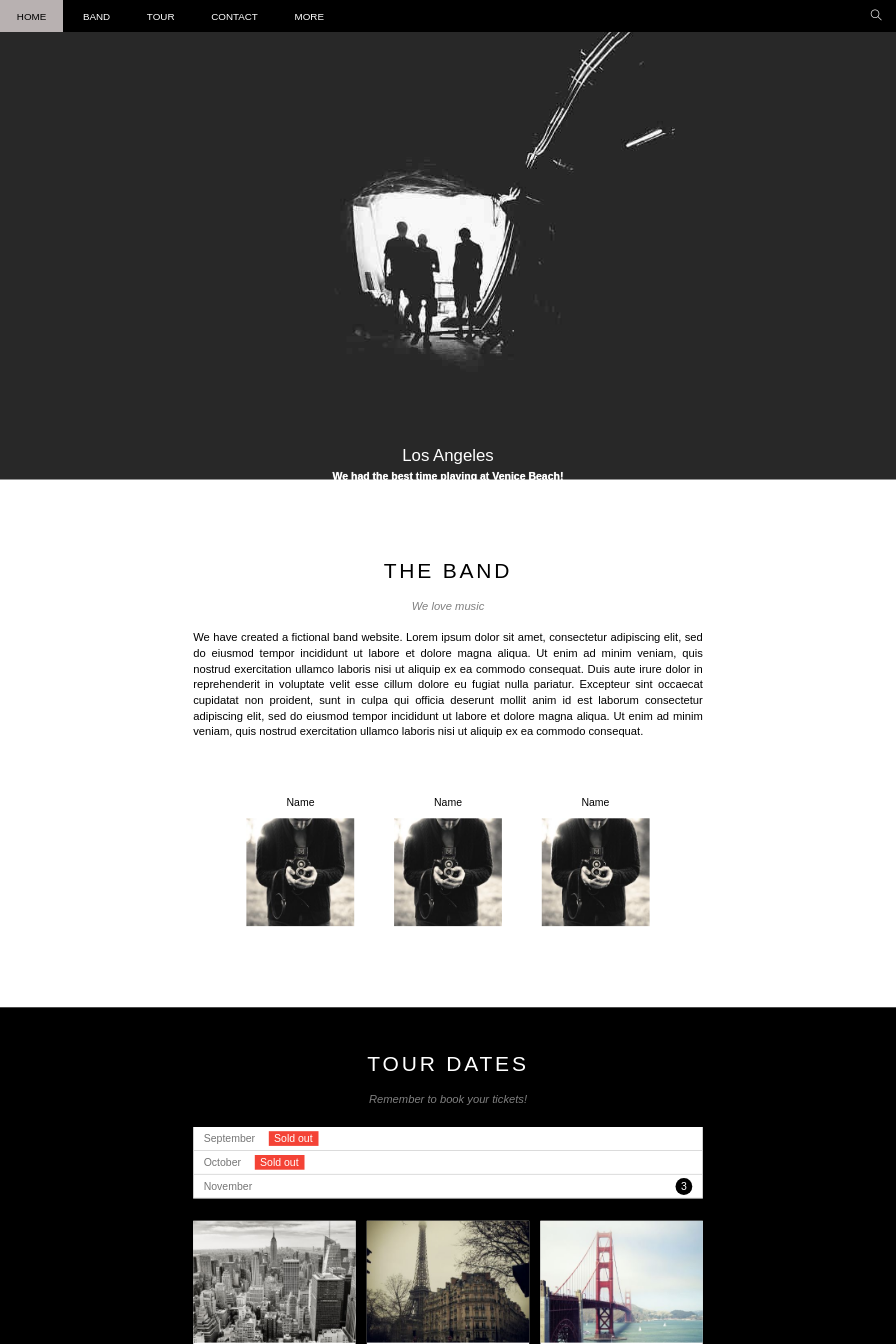
Repository: phamquy01/the-band
Page: index.html
An editor plug-in stored every save of this project. The page is shown before and after the next save, followed by the edit.
The browser window is 1280 px wide. The pictures show the part of the page from y = 0 to 1920 px (the page is 3552 px tall), at 70% of full size.

Above is the page before, as saved 2022-04-21 14:47:41.

### index.html
<!DOCTYPE html>
<html lang="en">
  <head>
    <meta charset="UTF-8" />
    <meta name="viewport" content="width=device-width, initial-scale=1.0" />
    <title>The Band</title>
    <link
      rel="icon"
      href="https://fullstack.edu.vn/assets/favicon/apple-icon-114x114.png"
      type="image/x-icon"
    />
    <link rel="stylesheet" href="./assets/css/style.css" />
    <link rel="stylesheet" href="./assets/css/responsive.css" />
    <link rel="stylesheet" href="./assets/js/main.js" />
    <link
      rel="stylesheet"
      href="./assets/font/themify-icons/themify-icons.css"
    />
  </head>
  <body>
    <div id="main">
      <div id="header">
        <ul class="nav">
          <li><a href="#">Home</a></li>
          <li><a href="#band">Band</a></li>
          <li><a href="#tour">Tour</a></li>
          <li><a href="#contact">Contact</a></li>
          <li>
            <a href="">More</a>
            <ul id="subnav">
              <li><a href="#">Merchandise</a></li>
              <li><a href="#">Extras</a></li>
              <li><a href="#">Media</a></li>
            </ul>
          </li>
        </ul>
        <div class="search-btn">
          <i class="search-icon ti-search"></i>
        </div>
        <div id="mobile-menu" class="menu-btn">
          <i class="menu-icon ti-menu"></i>
        </div>
      </div>
      <div id="slider">
        <div class="text-content">
          <img src="./assets/img/slider1/la.jpg" alt="anh" />
          <div class="text-heading">Los Angeles</div>
          <p class="text-description">
            We had the best time playing at Venice Beach!
          </p>
        </div>
      </div>
      <div id="content">
        <div id="band" class="content1">
          <div class="container1">
            <p class="text1">The Band</p>
            <p class="text2">We love music</p>
            <p class="text3">
              We have created a fictional band website. Lorem ipsum dolor sit
              amet, consectetur adipiscing elit, sed do eiusmod tempor
              incididunt ut labore et dolore magna aliqua. Ut enim ad minim
              veniam, quis nostrud exercitation ullamco laboris nisi ut aliquip
              ex ea commodo consequat. Duis aute irure dolor in reprehenderit in
              voluptate velit esse cillum dolore eu fugiat nulla pariatur.
              Excepteur sint occaecat cupidatat non proident, sunt in culpa qui
              officia deserunt mollit anim id est laborum consectetur adipiscing
              elit, sed do eiusmod tempor incididunt ut labore et dolore magna
              aliqua. Ut enim ad minim veniam, quis nostrud exercitation ullamco
              laboris nisi ut aliquip ex ea commodo consequat.
            </p>
            <div class="row-third team-list">
              <div class="member">
                <div class="text-name">Name</div>
                <img src="./assets/img/slider1/bandmember.jpg" class="anh1" />
              </div>
              <div class="member">
                <div class="text-name">Name</div>
                <img src="./assets/img/slider1/bandmember.jpg" class="anh1" />
              </div>
              <div class="member">
                <div class="text-name">Name</div>
                <img src="./assets/img/slider1/bandmember.jpg" class="anh1" />
              </div>
            </div>
          </div>
        </div>
        <div id="tour" class="content2">
          <div class="container1">
            <p class="text1 text-white">TOUR DATES</p>
            <p class="text2 text-white">Remember to book your tickets!</p>
            <div class="tour-buy">
              <p class="September text-sliver">
                September <span class="Sold-out">Sold out</span>
              </p>
              <p class="October text-sliver">
                October <span class="Sold-out">Sold out</span>
              </p>
              <p class="November text-sliver">
                November <span class="number3 text-white">3</span>
              </p>
            </div>
            <div class="row row-third tour-list">
              <div class="col tour1">
                <img src="./assets/img/slider1/newyork.jpg" class="tour-img" />
                <div class="tour-member">
                  <p class="address">New York</p>
                  <p class="date">Fri 27 Nov 2016</p>
                  <p class="note">
                    Praesent tincidunt sed tellus ut rutrum sed vitae justo.
                  </p>
                  <a class="button">Buy Tickets</a>
                </div>
              </div>
              <div class="col tour1">
                <img src="./assets/img/slider1/paris.jpg" class="tour-img" />
                <div class="tour-member">
                  <p class="address">Paris</p>
                  <p class="date">Sat 28 Nov 2016</p>
                  <p class="note">
                    Praesent tincidunt sed tellus ut rutrum sed vitae justo.
                  </p>
                  <a class="button">Buy Tickets</a>
                </div>
              </div>
              <div class="col tour1">
                <img src="./assets/img/slider1/sanfran.jpg" class="tour-img" />
                <div class="tour-member">
                  <p class="address">San Francisco</p>
                  <p class="date">Sun 29 Nov 2016</p>
                  <p class="note">
                    Praesent tincidunt sed tellus ut rutrum sed vitae justo..
                  </p>
                  <a class="button">Buy Tickets</a>
                </div>
              </div>
            </div>
          </div>
        </div>
        <div id="contact" class="content1">
          <div class="container1">
            <p class="text1">CONTACT</p>
            <p class="text2">Fan? Drop a note!</p>
            <div class="row-third box1">
              <div class="col-half info">
                <p><i class="ti-location-pin"></i>Chicago, US</p>
                <p><i class="ti-mobile"></i>Phone: +00 151515</p>
                <p><i class="ti-email"></i>Email: mail@mail.com</p>
              </div>
              <div class="col-half">
                <form action="">
                  <div class="form">
                    <div class="row row-third form1">
                      <input
                        type="text"
                        name="Name"
                        placeholder="Name"
                        id="Name"
                        class="col form-input"
                        required
                      />
                      <input
                        type="email"
                        name=""
                        placeholder="Email"
                        required
                        id=""
                        class="col form-input"
                      />
                    </div>
                    <div class="form1">
                      <input
                        type="text"
                        name=""
                        placeholder="Message"
                        id=""
                        class="form-input"
                      />
                    </div>
                    <div class="form1">
                      <input type="submit" value="SEND" class="form-input1" />
                    </div>
                  </div>
                </form>
              </div>
            </div>
          </div>
        </div>
        <div class="map">
          <img src="./assets/img/slider1/map.jpg" alt="" class="map-img" />
        </div>
      </div>
      <div id="footer">
        <div class="icon-footer">
          <a href=""><i class="ti-facebook"></i></a>
          <a href=""><i class="ti-instagram"></i></a>
          <a href=""><i class="ti-skype"></i></a>
          <a href=""><i class="ti-pinterest"></i></a>
          <a href=""><i class="ti-twitter-alt"></i></a>
          <a href=""><i class="ti-linkedin"></i></a>
        </div>
        <p class="text-footer">Powered by <a href="">w3.css</a></p>
      </div>
    </div>
    <script>
      var header = document.getElementById("header");
      var mobileMenu = document.getElementById("mobile-menu");
      var headerHeight = header.clientHeight;

      mobileMenu.onclick = function () {
        var isClosed = header.clientHeight === headerHeight;
        if (isClosed) {
          header.style.height = "auto";
        } else {
          header.style.height = null;
        }
      };
    </script>
  </body>
</html>

### assets/css/style.css
* {
  padding: 0;
  margin: 0;
  box-sizing: border-box;
}
/*common*/

html {
  scroll-behavior: smooth;
  font-family: Arial, Helvetica, sans-serif;
}

.text-white {
  color: white !important;
}
.row {
  margin-left: -8px;
  margin-right: -8px;
}
.row-third {
  display: flex;
}
.col {
  margin-left: 8px;
  margin-right: 8px;
}
.col-full {
  width: 100%;
  display: inline-block;
}
.col-half {
  width: 50%;
}
#header {
  height: 46px;
  background-color: black;
  display: flex;
  position: fixed;
  left: 0;
  top: 0;
  right: 0;
  z-index: 1;
}
.nav > li {
  display: inline-block;
}
.nav li {
  position: relative;
  list-style: none;
}
.nav #subnav {
  position: absolute;
  display: none;
  left: 0;
  top: 100%;
  box-shadow: 0 0 10px rgba(0, 0, 0, 0.3);
}
.nav #subnav li:hover a {
  color: black;
  background-color: rgb(184, 177, 177);
}
.nav #subnav li a {
  line-height: 38px;
  padding: 0 16px;
  min-width: 150px;
}
.nav > li:hover a {
  color: black;
  background-color: rgb(255, 255, 255);
}
.nav > li:hover > a {
  background-color: rgb(184, 177, 177);
}
.nav > li > a {
  text-transform: uppercase;
}
.nav > li:hover #subnav {
  display: block;
}
.nav a {
  color: white;
  text-decoration: none;
  padding: 0 24px;
  line-height: 46px;
  font-size: 14px;
  display: block;
}
.menu-btn,
.search-btn {
  margin-left: auto;
  line-height: 46px;
  cursor: pointer;
  height: 46px;
}
.menu-icon,
.search-icon {
  color: white;
  margin: 46px 20px;
}
.search-btn:hover {
  background-color: red;
}
/* #slider {
  position: relative;
  margin-top: 46px;
  padding-top: 50%;
  background: url(/assets/img/slider1/la.jpg) no-repeat;
  background-size: cover;
  background-position: top center;
} */
.text-content {
  position: relative;
  bottom: 0;
  color: white;
  text-align: center;
  width: 100%;
  margin: 45px 0;
}
.text-content img {
  width: 100%;
  height: 100%;
  object-fit: cover;
}
.text-heading {
  position: absolute;
  bottom: 0;
  margin: 25px 0;
  font-size: 24px;
  font-weight: 400;
  width: 100%;
}
.text-description {
  position: absolute;
  bottom: 0;
  width: 100%;
  font-size: 15px;
  font-weight: bolder;
  text-shadow: 0 0 1px white;
}
#content {
}
.container1 {
  margin-left: auto;
  margin-right: auto;
  padding: 64px 36px;
  width: 800px;
  max-width: 100%;
}
.text1 {
  font-size: 30px;
  text-transform: uppercase;
  letter-spacing: 4px;
  text-align: center;
}
.text2 {
  text-align: center;
  margin-top: 25px;
  font-style: italic;
  opacity: 0.5;
}
.text3 {
  margin-top: 25px;
  text-align: justify;
  line-height: 1.4;
}
.team-list {
  justify-content: space-around;
  margin: 48px;
}
.text-name {
  font-size: 15px;
  margin-top: 32px;
  text-align: center;
}

.content2 {
  background-color: black;
}
.tour-buy {
  background-color: white;
  font-size: 15px;
  margin: 30px 0;
}
.tour-buy > p {
  padding: 8px 15px;
  border-bottom: 1px solid #ccc;
  color: #757575;
}
.Sold-out {
  background-color: #f44336;
  color: white;
  padding: 2px 8px;
  margin: 0 15px;
}
.number3 {
  background-color: black;
  border-radius: 50%;
  padding: 0 8px;
  float: right;
  width: 24px;
  height: 24px;
  line-height: 24px;
  margin-top: -3px;
}
.tour-list {
  margin-top: 32px;
  margin-bottom: 48px;
}
.tour-img {
  width: 100%;
}
.tour-img:hover {
  opacity: 0.6;
}
.tour-member {
  margin: 15px 16px;
}
.tour-member > p {
  margin: 15px 0;
  font-size: 15px;
}
.tour1 {
  background-color: white;
}
.address {
  font-weight: 600;
}
.date {
  opacity: 0.6;
}
.note {
  line-height: 1.4;
}
.button {
  color: white;
  background-color: black;
  padding: 8px 16px;
  display: inline-block;
}
.button:hover {
  background-color: #ccc;
  color: black;
  cursor: pointer;
}
.box1 {
  margin: 32px 0;
}
.info i[class*="ti-"] {
  width: 30px;
  display: inline-block;
  line-height: 1.7;
}
.form-input {
  border: 1px solid #ccc;
  padding: 10px;
  font-size: 15px;
  width: 100%;
}
.form1 {
  margin-bottom: 8px;
}
.form-input1 {
  border: 1px solid black;
  background-color: black;
  color: white;
  padding: 10px 16px;
  float: right;
  margin-top: 8px;
  border: none;
  cursor: pointer;
}
.form-input1:hover {
  background-color: #ccc;
  color: black;
  outline: none;
}
.map-img {
  width: 100%;
}
#footer {
  padding: 64px 16px;
  text-align: center;
}
.icon-footer a {
  font-size: 24px;
  color: rgba(0, 0, 0, 0.6);
  text-decoration: none;
  margin: 0 4px;
}
#footer > p {
  font-size: 15px;
  margin: 15px 0;
  color: rgba(0, 0, 0, 0.6);
}
#footer .text-footer > a {
  color: rgba(0, 0, 0, 0.6);
}
#footer .text-footer > a:hover,
.icon-footer a:hover {
  color: rgba(0, 0, 0, 0.3);
}

### assets/css/responsive.css
/* PC */
@media (min-width: 64em) {
  .menu-btn {
    display: none;
  }
  .anh1 {
    margin-top: 15px;
    width: 154px;
  }
}

/* tablet */
@media (min-width: 46.25em) and (max-width: 63.9375em) {
  .menu-btn {
    display: none;
  }
  .anh1 {
    margin-top: 15px;
    width: 154px;
  }
  .team-list {
    justify-content: space-between;
  }
  .team-list img {
    margin: 0 auto;
  }
}

/* mobile */
@media (max-width: 46.1875em) {
  #header {
    overflow: hidden;
  }
  .nav > li {
    display: block;
  }
  .search-btn {
    display: none;
  }
  .menu-btn:hover {
    background-color: white;
    overflow: visible;
  }
  .menu-icon:hover {
    color: black;
  }
  .row-third {
    display: block;
  }
  .anh1 {
    margin-top: 15px;
  }
  .tour-member {
    padding: 15px 0px;
  }
  .col-half {
    width: 100%;
    margin-bottom: 8px;
  }
  .form1 {
    width: 100%;
  }
  .container1 {
    display: inline-block;
  }
}

Loaded but not shown: assets/font/themify-icons/themify-icons.css (common file); assets/js/main.js (no stored copy; drawn as an empty file)

After the next save:
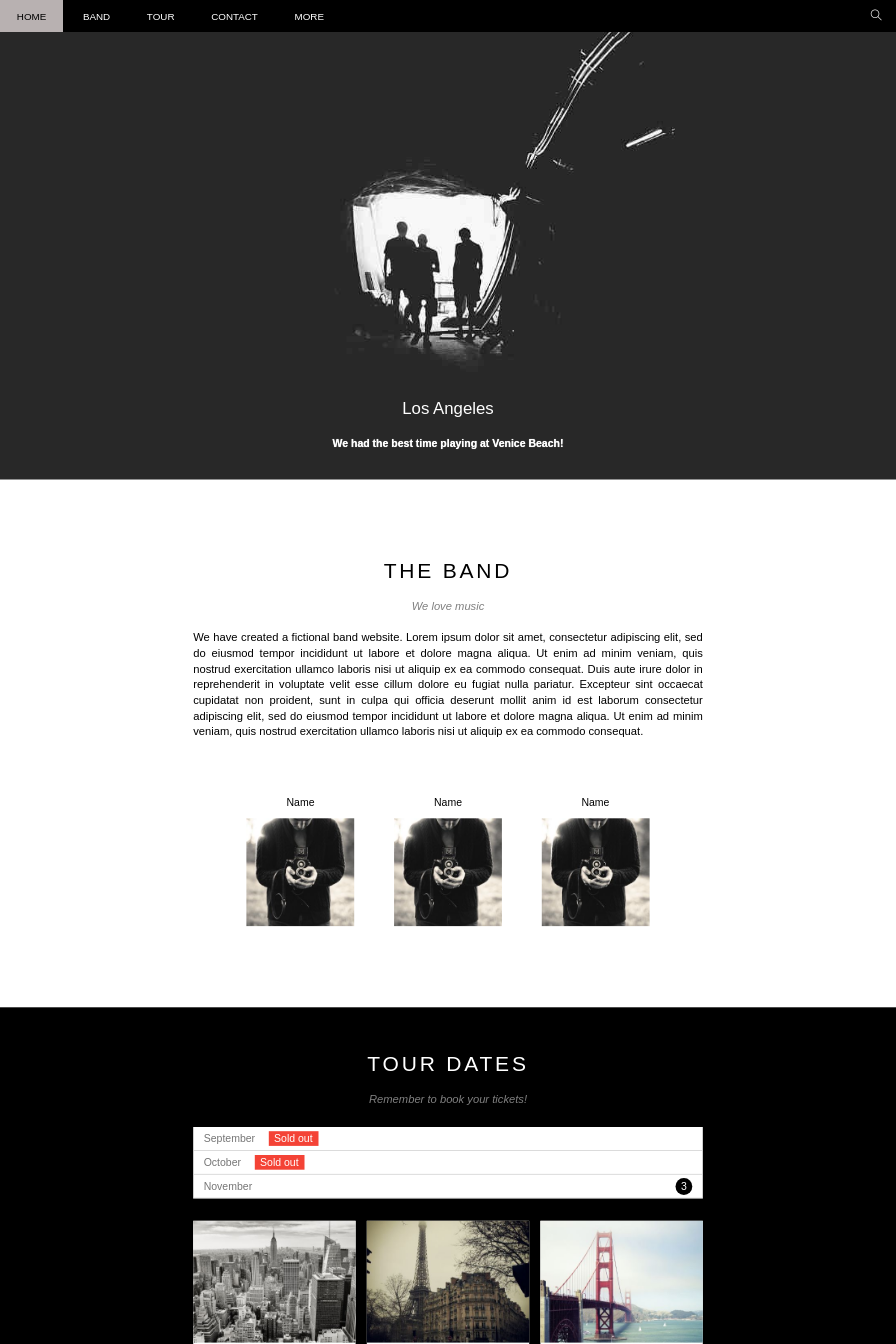
Saved 12 min 18 s later.
--- a/assets/css/style.css
+++ b/assets/css/style.css
@@ -127,11 +127,13 @@
   margin: 25px 0;
   font-size: 24px;
   font-weight: 400;
+  margin: 92px 0;
   width: 100%;
 }
 .text-description {
   position: absolute;
   bottom: 0;
+  margin: 47px 0;
   width: 100%;
   font-size: 15px;
   font-weight: bolder;
